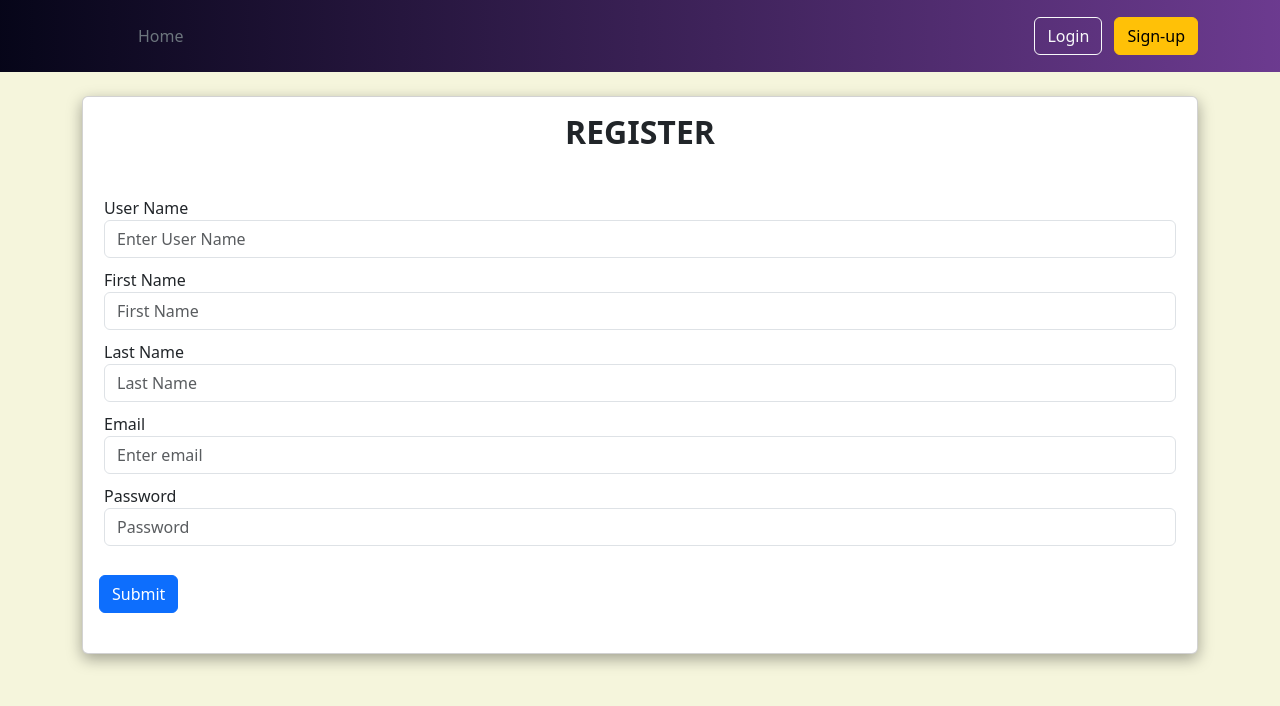
Repository: professorsourabh/php_membership
Page: index.html
An editor plug-in stored every save of this project. The page is shown before and after the next save, followed by the edit.
The browser window is 1280 px wide. The pictures show the whole page.

Above is the page before, as saved 2023-07-08 17:28:01.

After the next save:
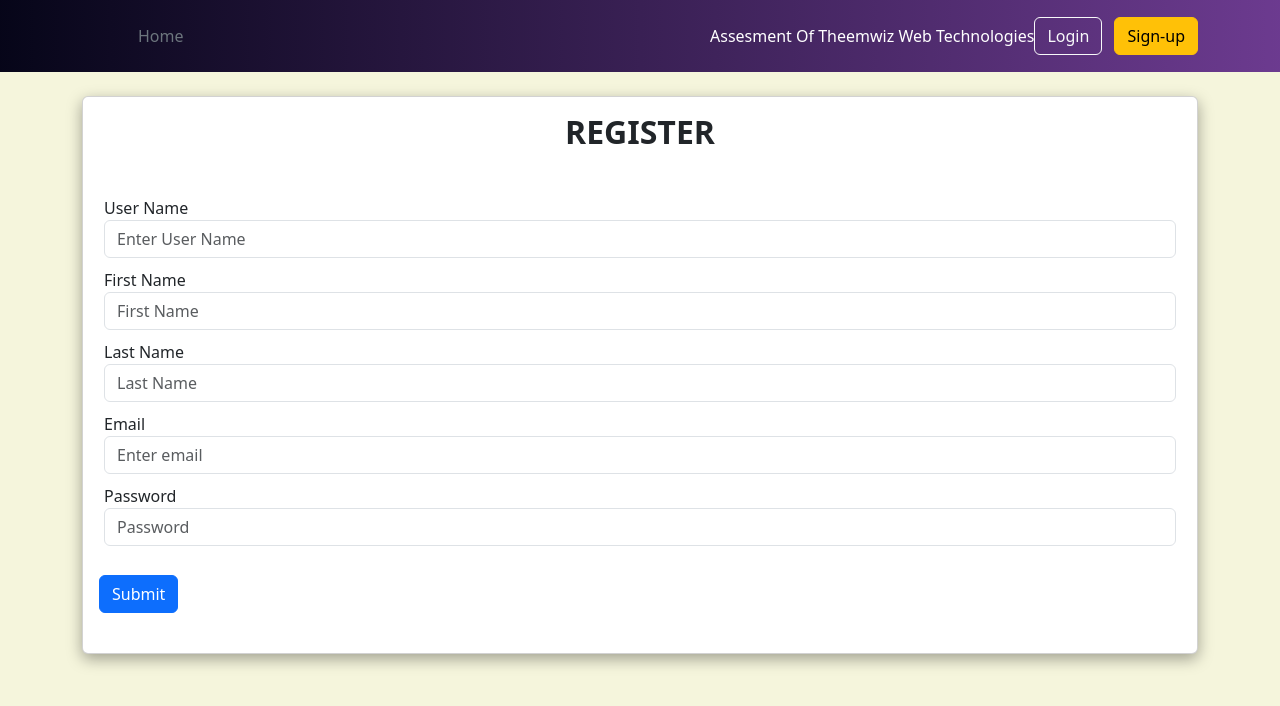
Saved 94 s later.
--- a/index.html
+++ b/index.html
@@ -18,6 +18,9 @@
               <li><a href="#" class="nav-link px-2 text-secondary">Home</a></li>
 
             </ul>
+            <div class="navbar-heading">
+                Assesment Of Theemwiz Web Technologies
+            </div>
 
 
             <div class="text-end">
